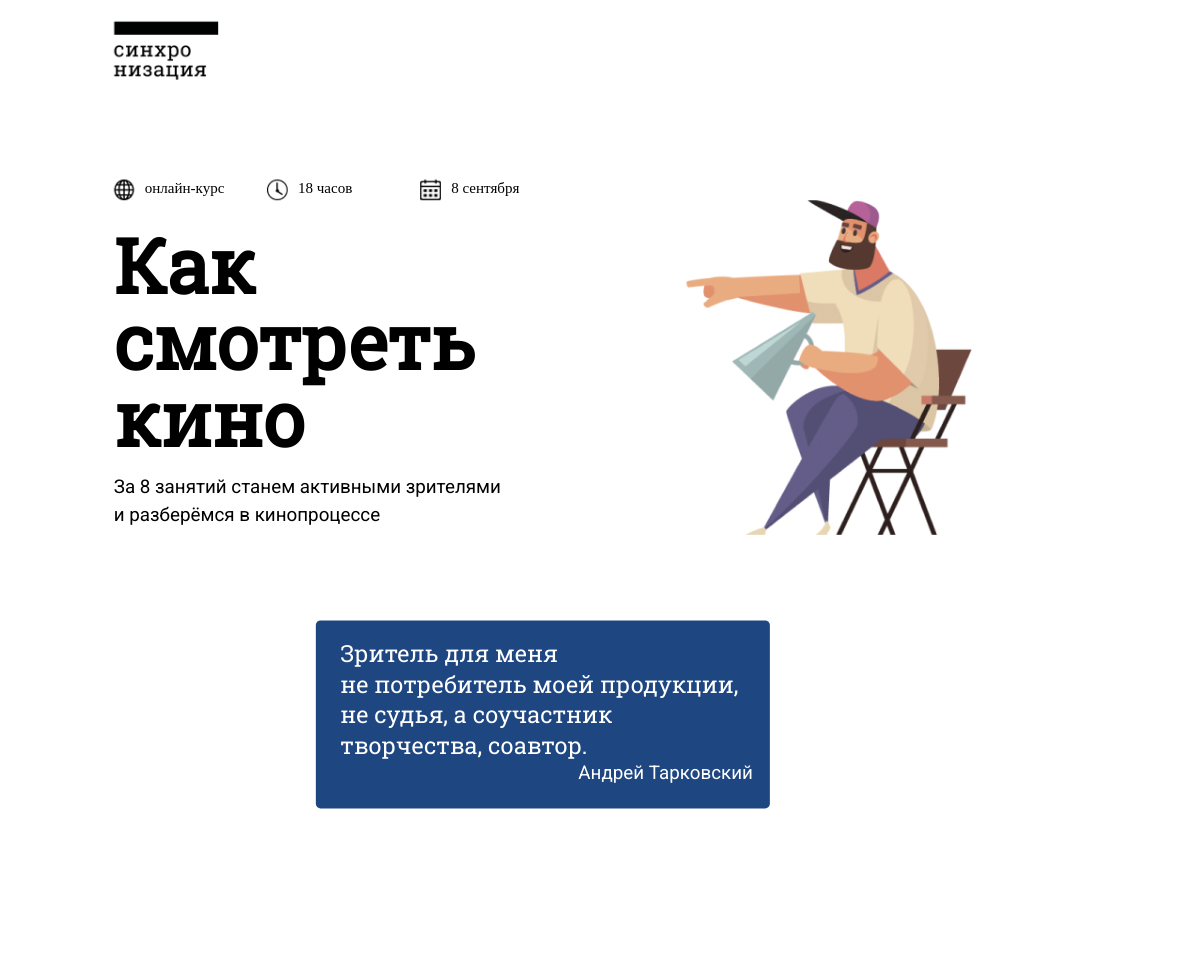
Repository: NatiqSamiyev/fiqma-task-top
Page: index.html
An editor plug-in stored every save of this project. The page is shown before and after a run of saves, followed by the edit.
The browser window is 1280 px wide. The pictures show the whole page, at 94% of full size.

Above is the page before, as saved 2023-08-16 15:31:43.

After the next 2 saves:
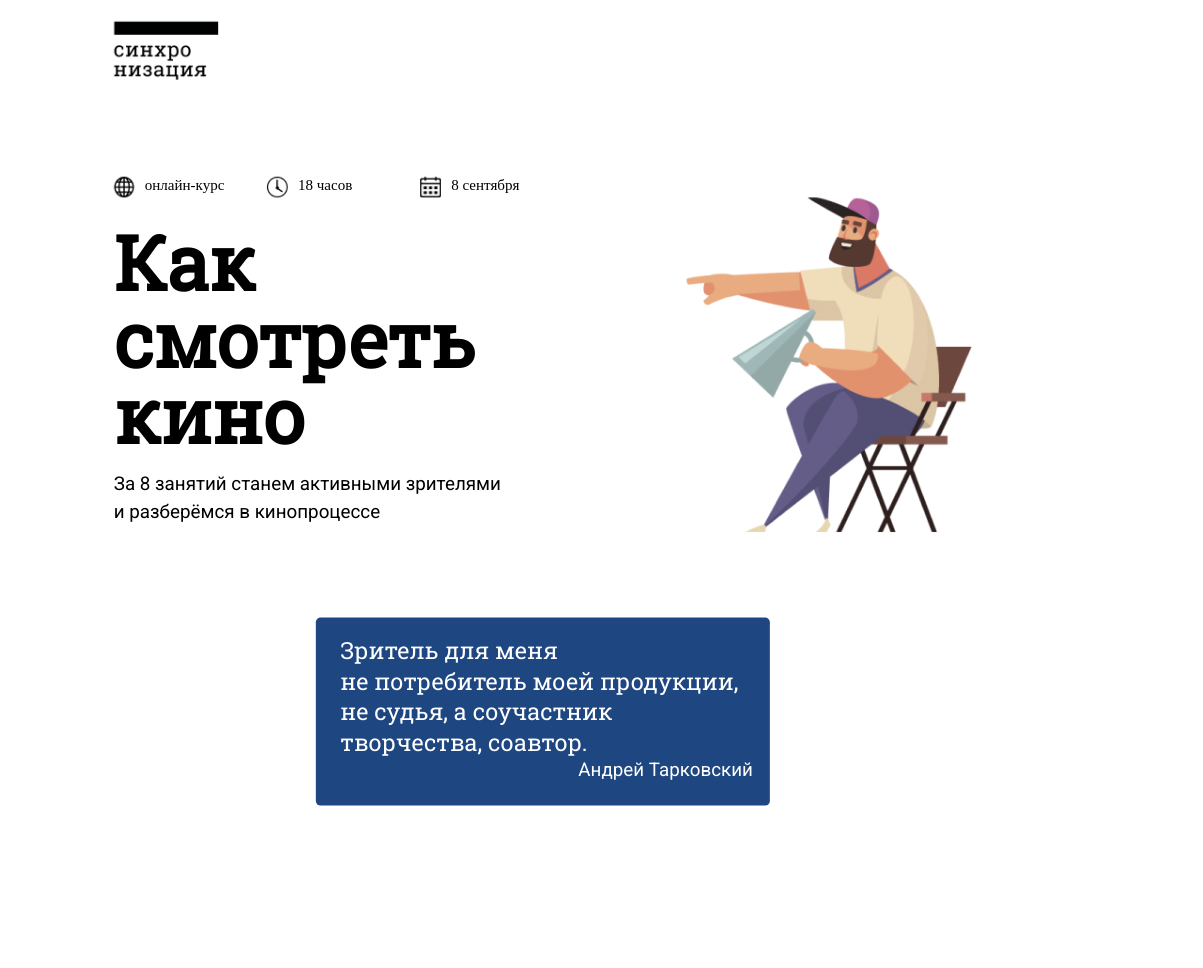
The 2 saves are shown as one change because they came seconds apart.
The last was saved 106 s later.
--- a/index.css
+++ b/index.css
@@ -11,7 +11,7 @@
 }
 
 .container ul {
-  margin-top: 100px;
+  margin-top: 97px;
   display: flex;
   list-style-type: none;
 }
